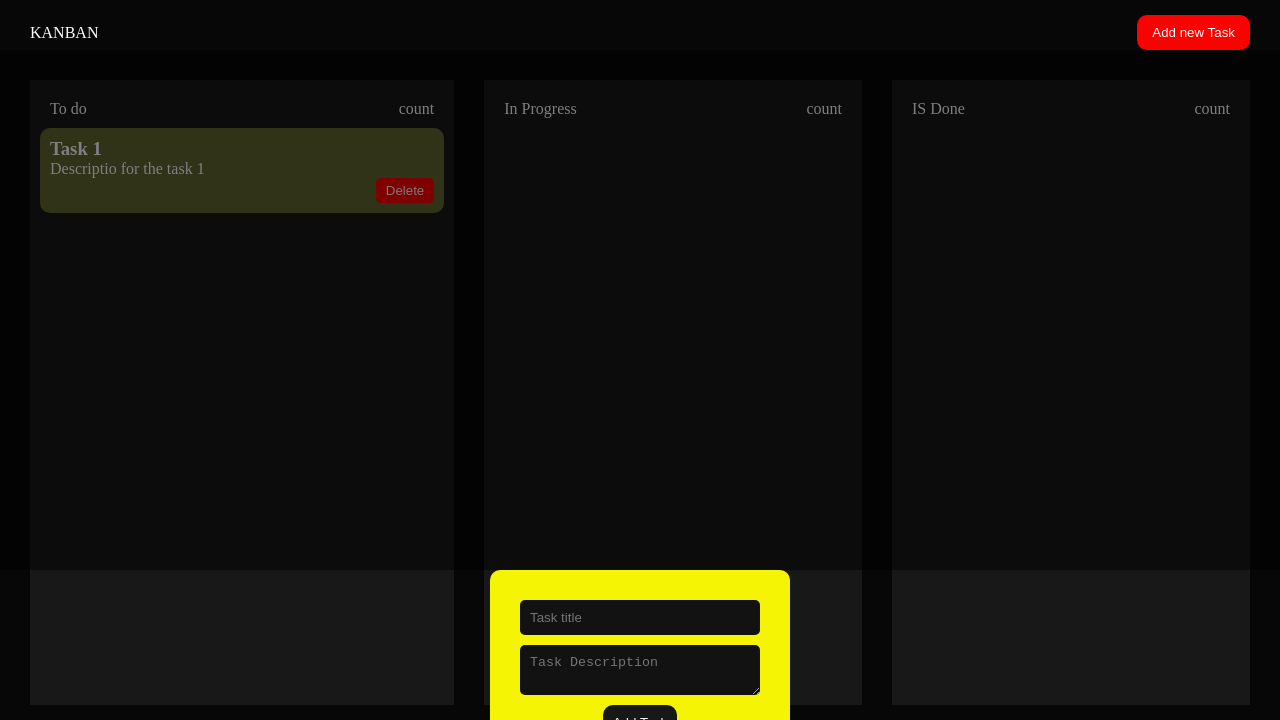
Repository: Sandeepji-5/Kanban-board
Page: index.html
The author's editor kept a copy of each file at every save. The page is drawn from the files as they stood at one save, then again after the next save.
The browser window is 1280 px wide. The pictures show the whole page.

Above is the page before, as saved 2025-12-09 16:44:22.

After the next save:
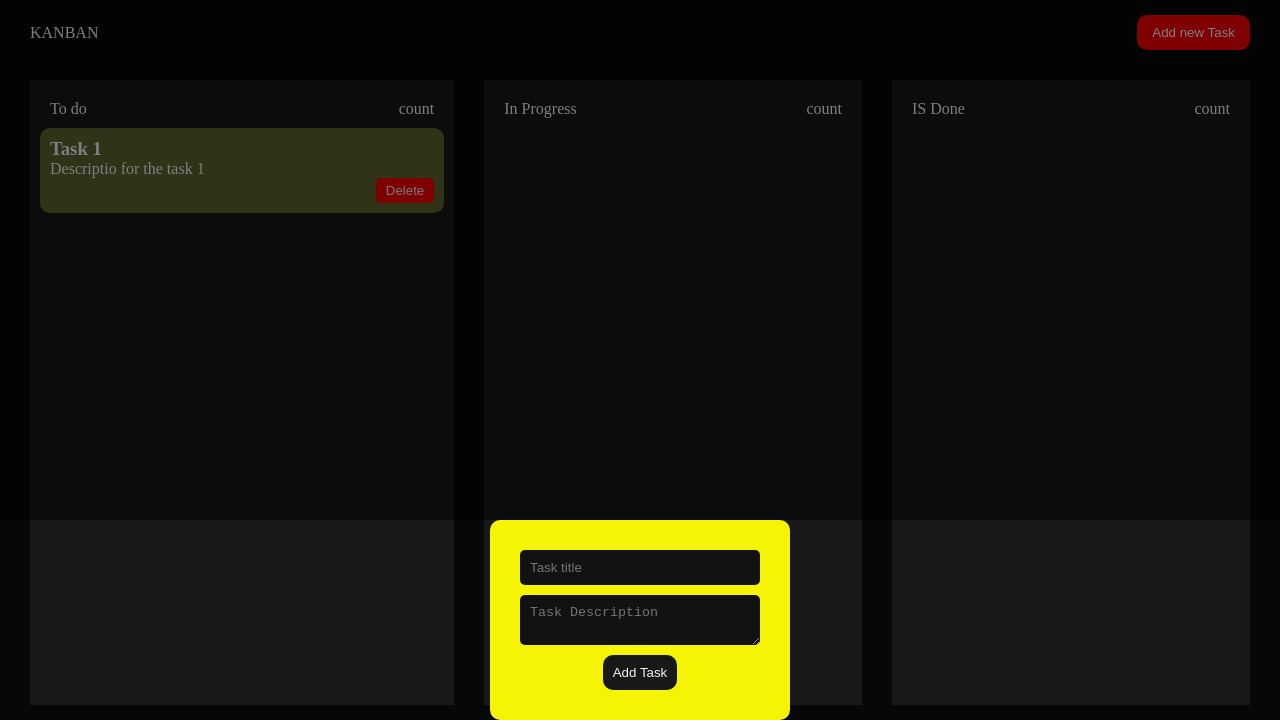
Saved 9 s later.
--- a/style.css
+++ b/style.css
@@ -140,8 +140,6 @@ section .task-column .task button{
     left: 0;
     height: 100vh;
     width: 100vw;
-    margin-top: 50px;
-    margin-bottom: 100px;
     display: flex;
     align-items: center;
     justify-content: center;
